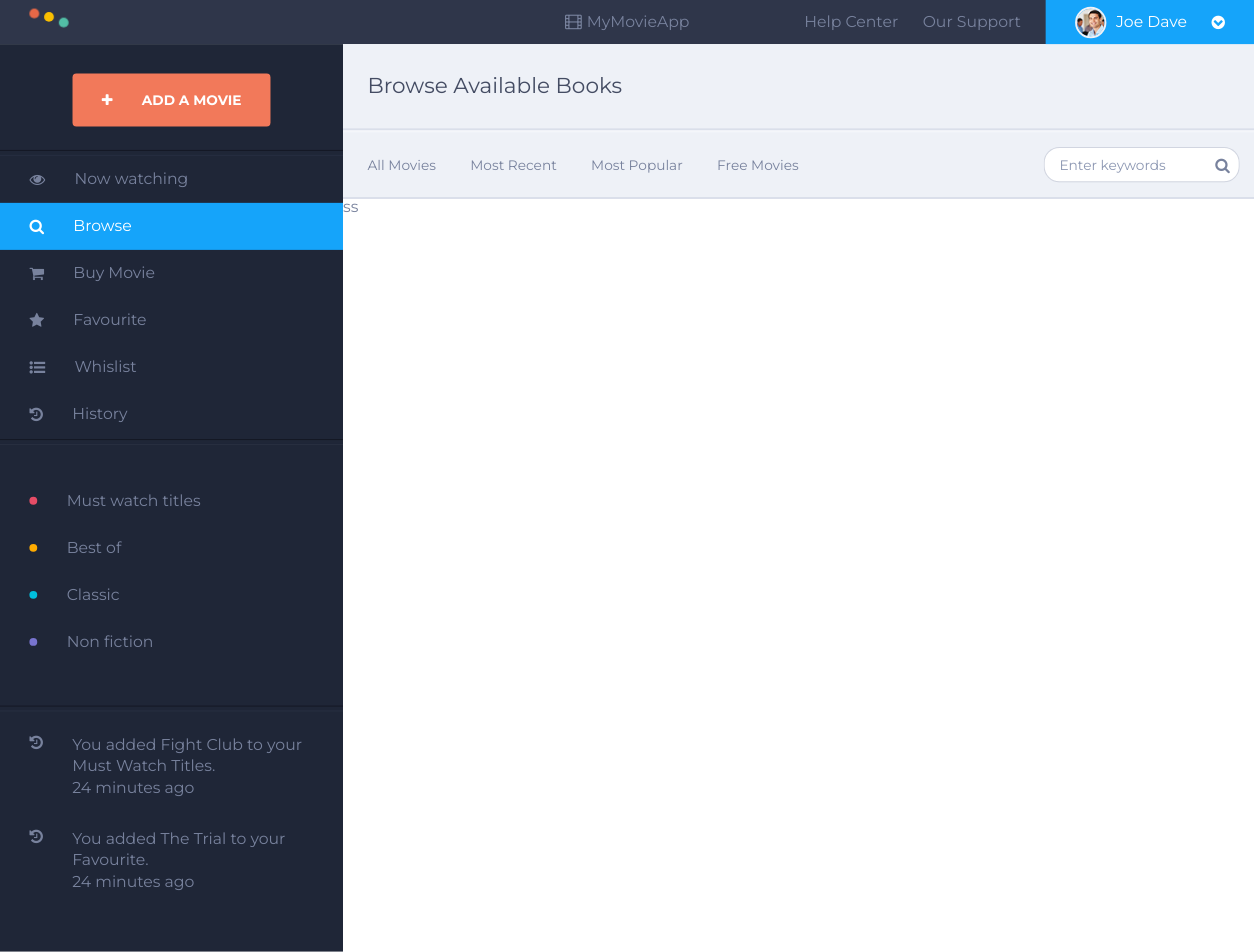
Repository: zyng/movie
Page: /
The author's editor kept a copy of each file at every save. The page is drawn from the files as they stood at one save, then again after the next save.
The browser window is 1280 px wide. The pictures show the whole page, at 98% of full size.
Some web libraries are served in a nearby version. The project was rebuilt for these pictures with package versions that can differ from the ones it lists, and the page was loaded fresh each time.

Above is the page before, as saved 2019-01-17 00:01:42.

After the next save:
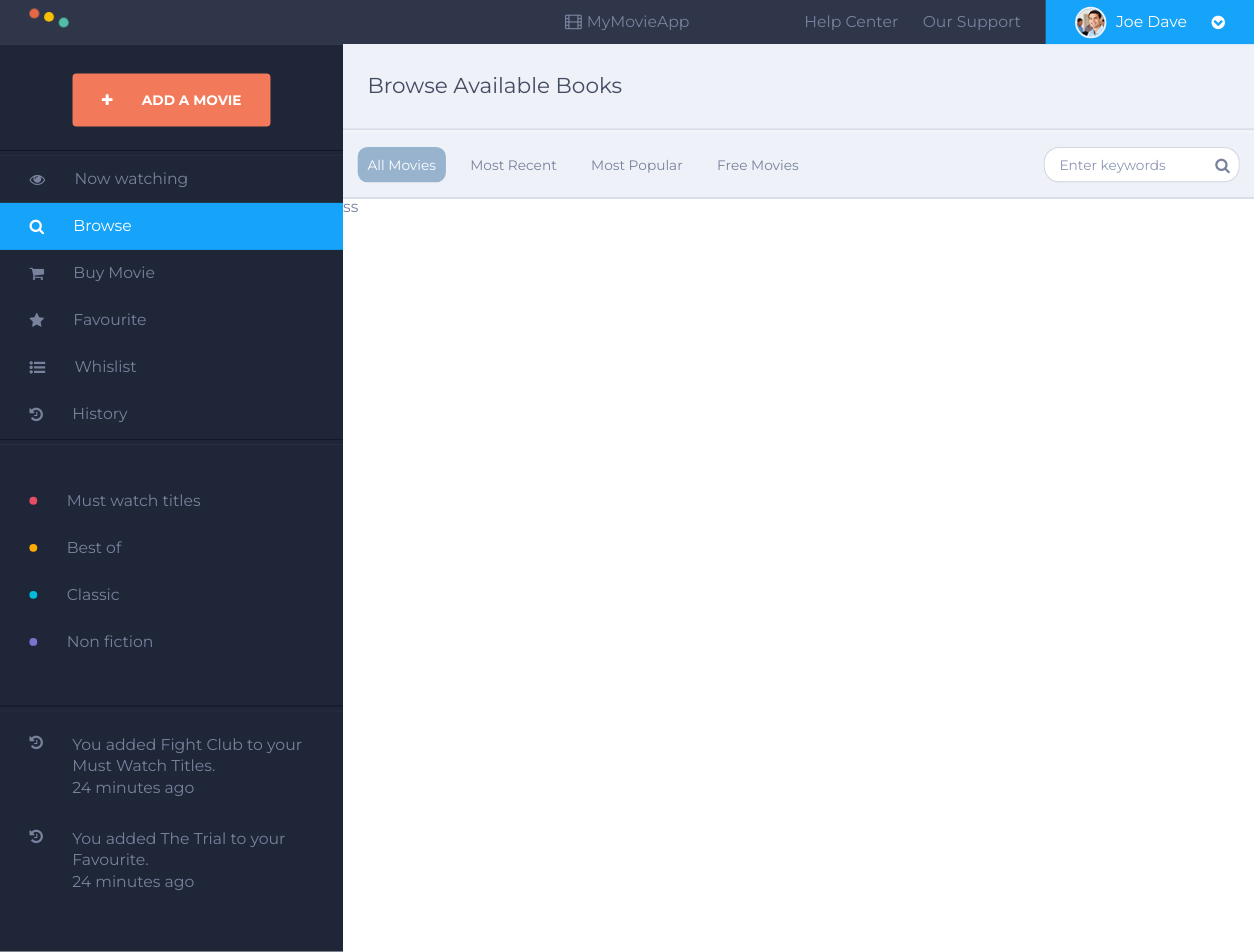
Saved 27 s later.
--- a/src/components/Main/Main.js
+++ b/src/components/Main/Main.js
@@ -15,7 +15,7 @@
                     <div className="main__title">Browse Available Books</div>
                     <div className="main__actions-bar">
                         <ul className="main__filters">
-                            <li>All Movies</li>
+                            <li className="active">All Movies</li>
                             <li>Most Recent</li>
                             <li>Most Popular</li>
                             <li>Free Movies</li>
